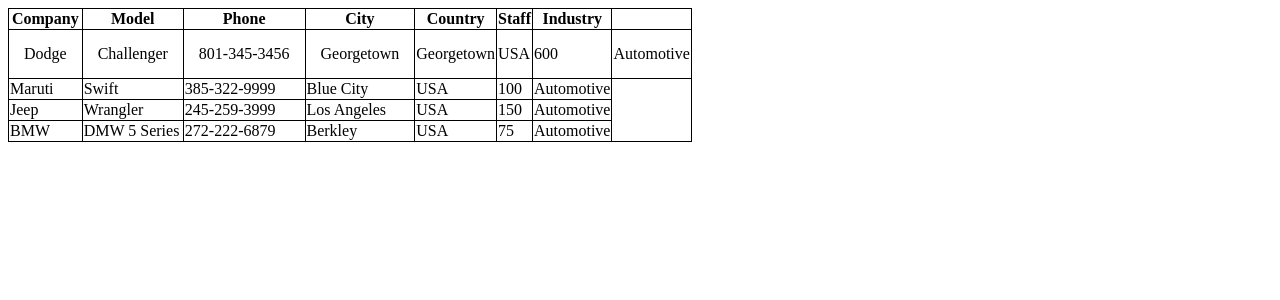
Repository: vgoins-RA2022/HTML-2
Page: index.html
An editor plug-in stored every save of this project. The page is shown before and after the next save, followed by the edit.
The browser window is 1280 px wide. The pictures show the whole page.

Above is the page before, as saved 2023-01-21 22:24:56.

After the next save:
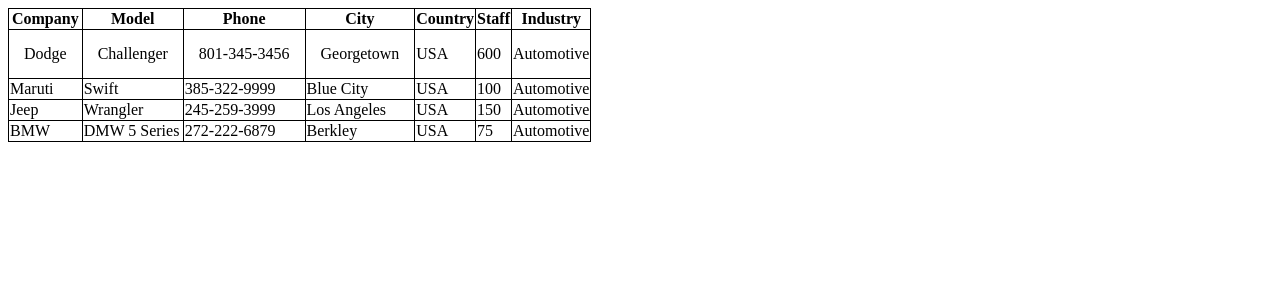
Saved 5 s later.
--- a/index.html
+++ b/index.html
@@ -30,7 +30,7 @@
         <td class="table-cell-padding">Challenger</td>
         <td class="table-cell-padding">801-345-3456</td>
         <td class="table-cell-padding">Georgetown</td>
-        <td>Georgetown</td>
+
         <td>USA</td>
         <td>600</td>
         <td>Automotive</td>
